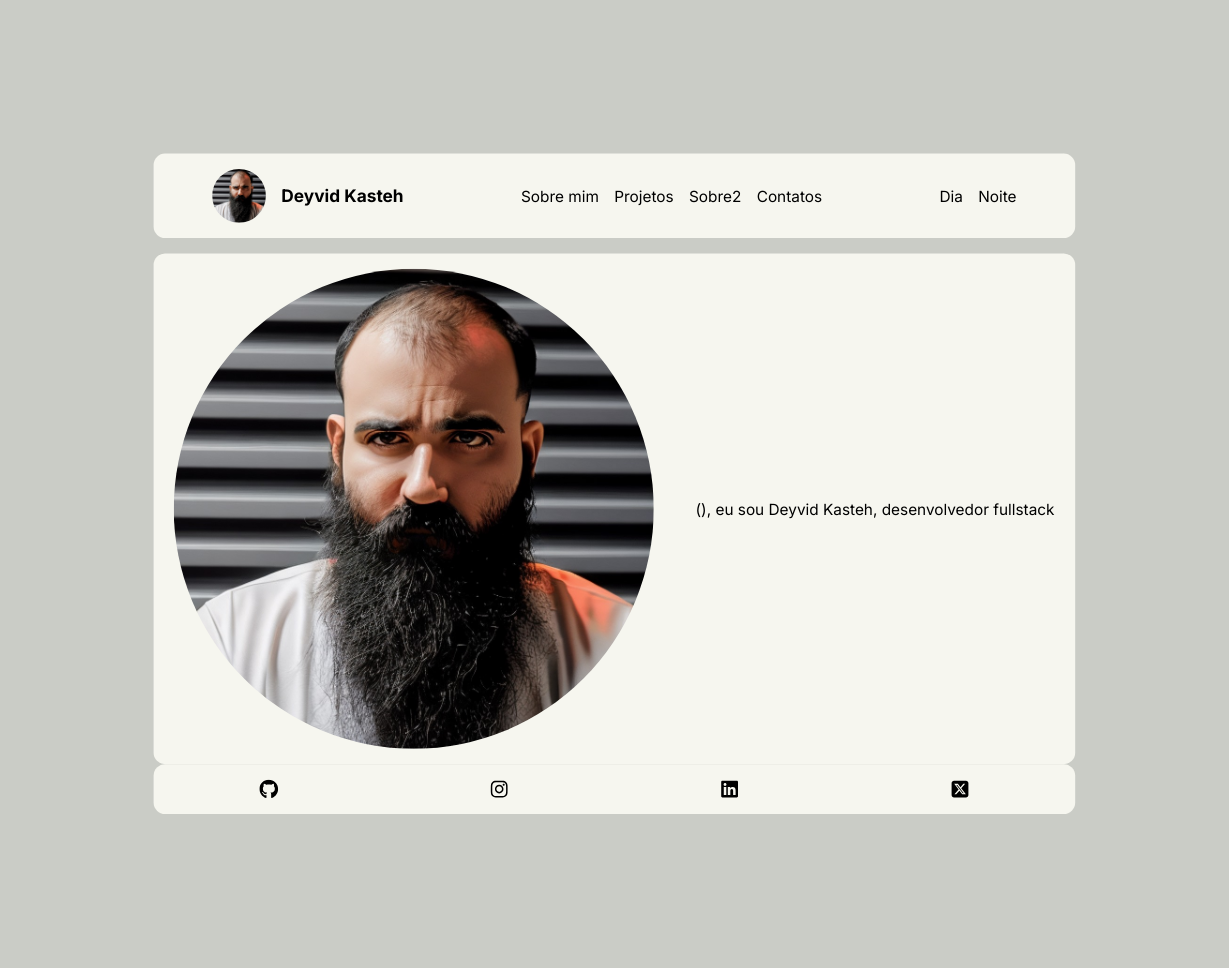
Repository: Deyvid-Kasteh/kasteh_portfolio
Page: /
These files come from the project's save history. The page is drawn as it stood at one moment and after the next save; the edit follows.
The browser window is 1280 px wide. The pictures show the whole page, at 96% of full size.
The project was rebuilt for these pictures with package versions that can differ from the ones it lists, and the page was loaded fresh each time. The framework's server and built-in components were replaced by stand-ins that run in the browser. Also part of the build but not shown: next.config.mjs.

Above is the page before, as saved 2024-03-26 00:23:15.

After the next save:
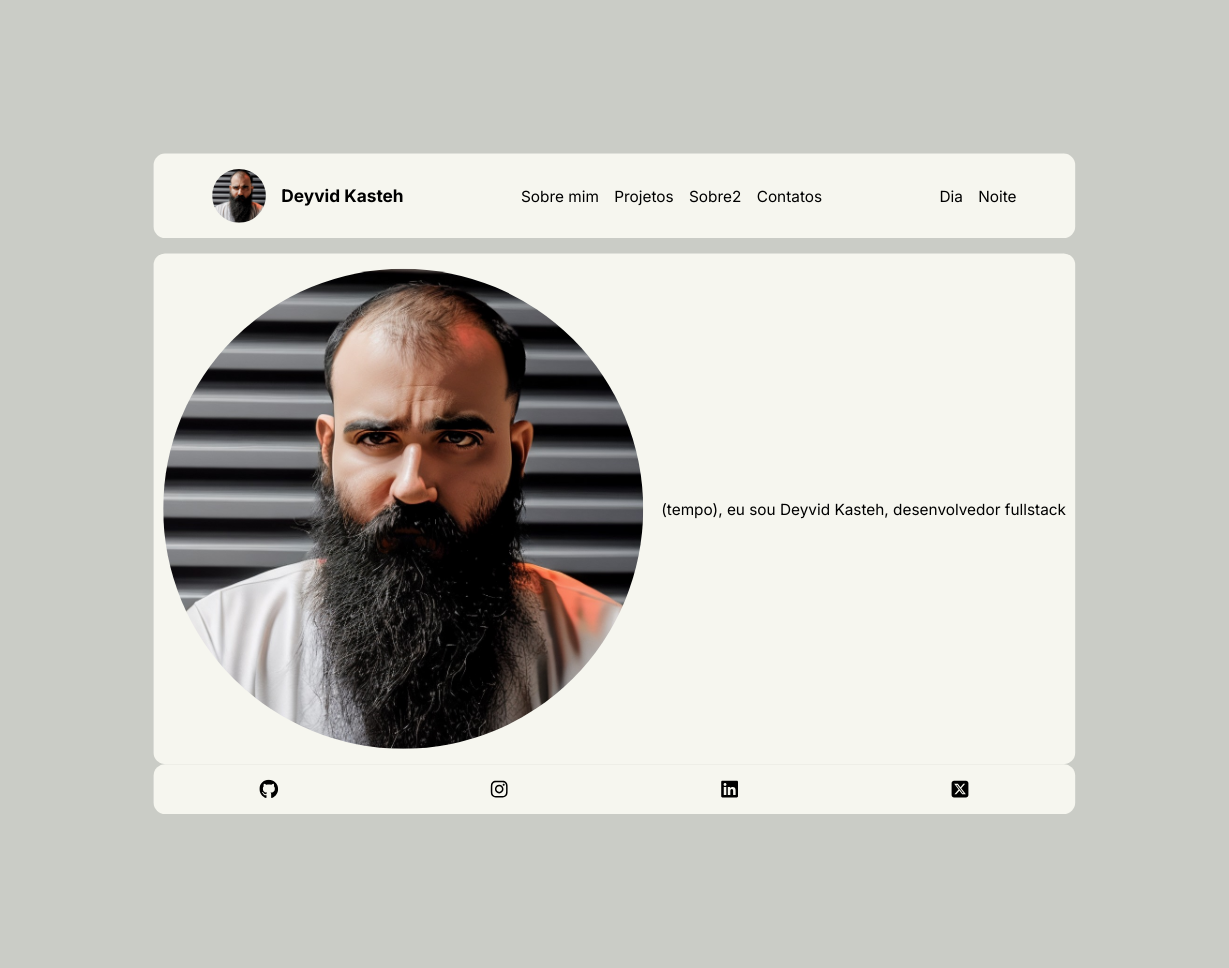
Saved 4 s later.
--- a/src/app/components/main.tsx
+++ b/src/app/components/main.tsx
@@ -7,7 +7,7 @@ const Main: React.FC = () => {
       <div>
         <MinhaFoto height={500} width={500} />
       </div>
-      <div>(), eu sou Deyvid Kasteh, desenvolvedor fullstack</div>
+      <div>(tempo), eu sou Deyvid Kasteh, desenvolvedor fullstack</div>
     </main>
   );
 }
